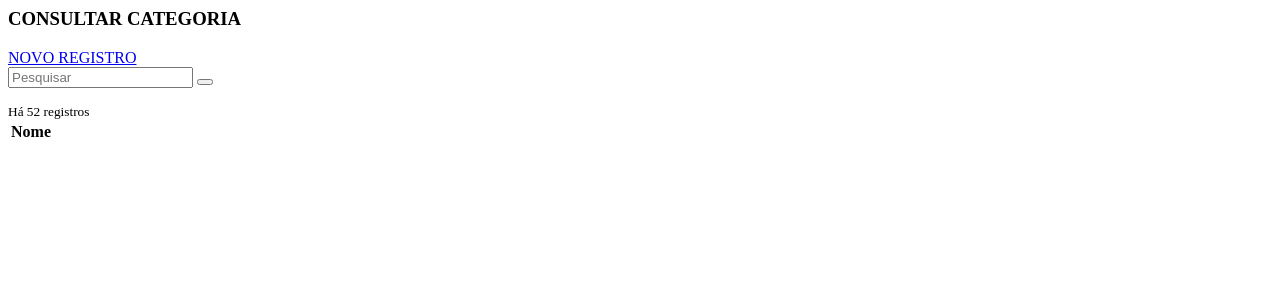
Repository: leobritto-sudo/pokemon-center
Page: http://localhost/App/Views/manager/category-consult.phtml
An editor plug-in stored every save of this project. The page is shown before and after the next save, followed by the edit.
The browser window is 1280 px wide. The pictures show the whole page.
The page is run by PHP 8.4 with error messages shown; the project is at /var/www/html/.

Above is the page before, as saved 2022-11-16 17:17:42.

After the next save:
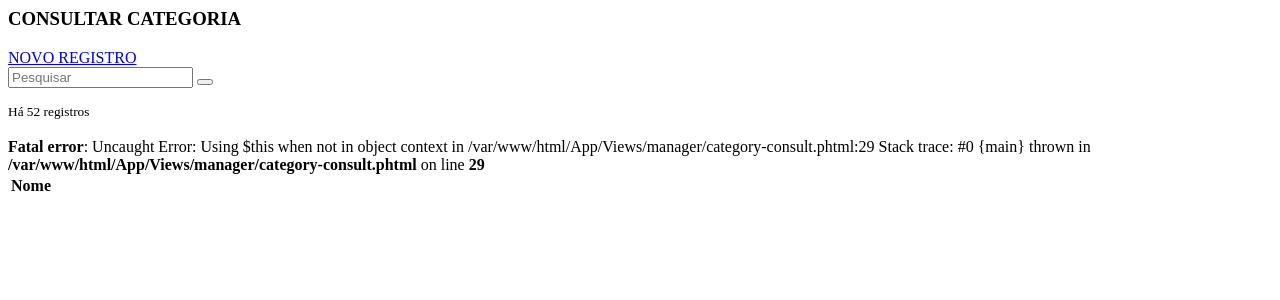
Saved 5 s later.
--- a/App/Views/manager/category-consult.phtml
+++ b/App/Views/manager/category-consult.phtml
@@ -26,13 +26,13 @@
             </tr>
         </thead>
         <tbody>
-            <?php //foreach($this->$view->$category_list as $categ) : ?>
+            <?php foreach($this->$view->$category_list as $categ) : ?>
                 <tr>
-                    <td><?//= $categ['nome'] ?></td>
+                    <td><?= $categ['nome'] ?></td>
                     <td class="text-center text-info edit"><i class="fas fa-edit fa-lg"></i></td>
                     <td class="text-center text-danger delete"><i class="fas fa-trash fa-lg"></i></td>
                 </tr>
-            <?php //endforeach; ?>
+            <?php endforeach; ?>
         </tbody>
     </table>
 </div>
